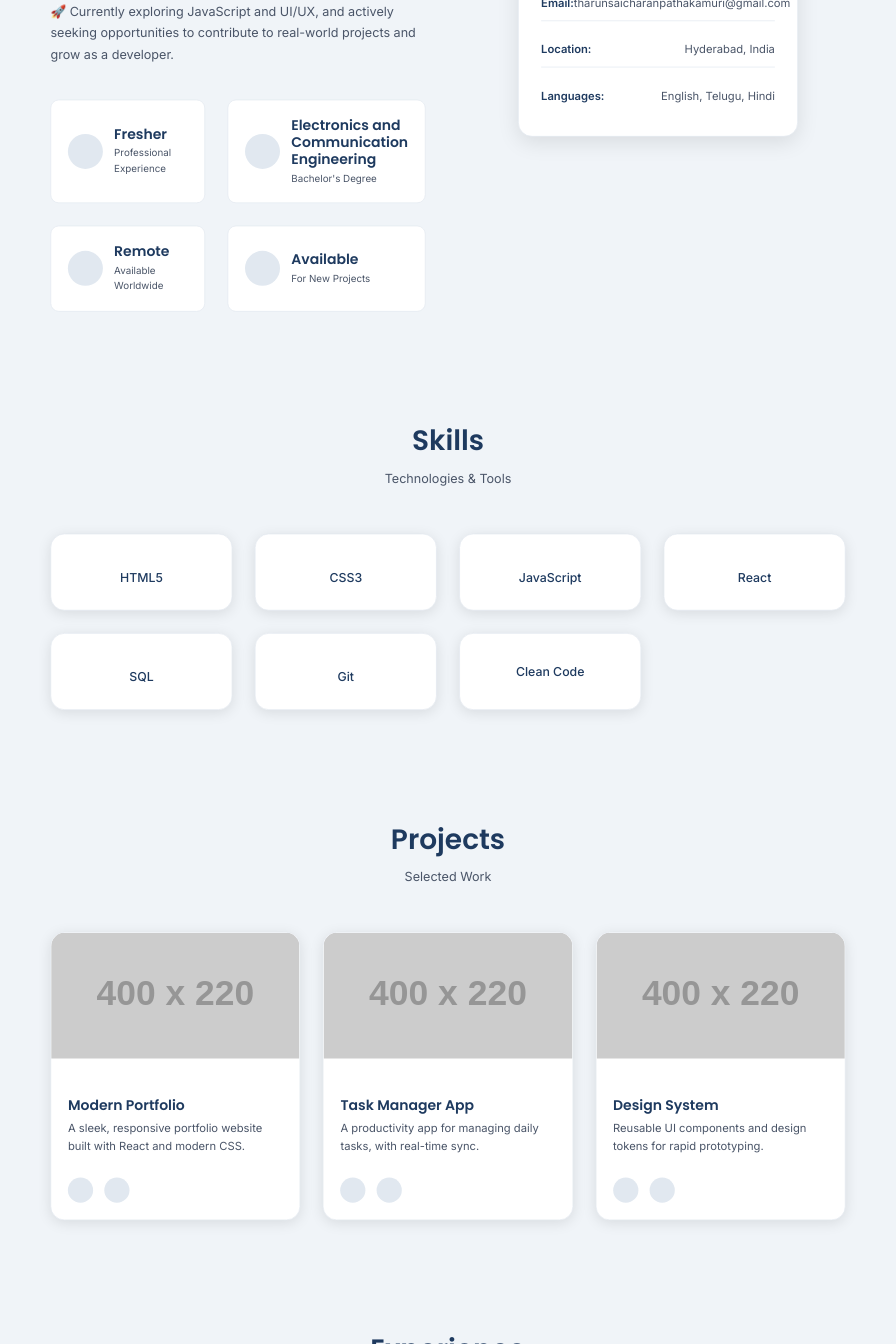
Repository: TharunPathakamuri/Portfolio
Page: index.html
The author's editor kept a copy of each file at every save. The page is drawn from the files as they stood at one save, then again after the next save.
The browser window is 1280 px wide. The pictures show the part of the page from y = 1156 to 3076 px (the page is 4852 px tall), at 70% of full size.

Above is the page before, as saved 2025-07-04 23:30:16.

### index.html
<!DOCTYPE html>
<html lang="en">
  <head>
    <meta charset="UTF-8" />
    <meta name="viewport" content="width=device-width, initial-scale=1.0" />
    <title>Tharun Pathakamuri - Portfolio</title>
    <meta
      name="description"
      content="Personal Portfolio - Modern Web Developer"
    />

    <!-- Google Fonts -->
    <link rel="preconnect" href="https://fonts.googleapis.com" />
    <link rel="preconnect" href="https://fonts.gstatic.com" crossorigin />
    <link
      href="https://fonts.googleapis.com/css2?family=Inter:wght@300;400;500;600;700&family=Poppins:wght@300;400;500;600;700&display=swap"
      rel="stylesheet"
    />

    <!-- Lucide Icons -->
    <link
      rel="stylesheet"
      href="https://cdn.jsdelivr.net/npm/lucide-static@0.292.0/font/lucide.css"
    />

    <!-- Custom CSS -->
    <link rel="stylesheet" href="styles.css" />
    <link rel="shortcut icon" href="favicon.ico" type="image/x-icon" />
  </head>
  <body>
    <!-- Navigation -->
    <nav class="navbar" id="navbar">
      <div class="container">
        <div class="nav-content">
          <div class="nav-logo">
            <h3>Portfolio</h3>
          </div>

          <ul class="nav-menu" id="nav-menu">
            <li><a href="#home" class="nav-link">Home</a></li>
            <li><a href="#about" class="nav-link">About</a></li>
            <li><a href="#skills" class="nav-link">Skills</a></li>
            <li><a href="#projects" class="nav-link">Projects</a></li>
            <li><a href="#experience" class="nav-link">Experience</a></li>
            <li><a href="#contact" class="nav-link">Contact</a></li>
          </ul>

          <div class="nav-actions">
            <button
              class="theme-toggle"
              id="theme-toggle"
              aria-label="Toggle dark mode"
            >
              <i class="lucide lucide-moon"></i>
            </button>

            <button
              class="mobile-menu-toggle"
              id="mobile-menu-toggle"
              aria-label="Toggle mobile menu"
            >
              <i class="lucide lucide-menu"></i>
            </button>
          </div>
        </div>
      </div>
    </nav>

    <!-- Hero Section -->
    <section id="home" class="hero">
      <div class="container">
        <div class="hero-content">
          <div class="hero-text">
            <div class="hero-greeting">
              <span class="wave">👋</span> Hello, I'm
            </div>

            <h1 class="hero-title">
              <span class="name">Tharun Sai Charan Pathakamuri</span>
              <span class="title">Junior Web Developer</span>
            </h1>

            <p class="hero-description">
              I create beautiful, functional, and user-centered digital
              experiences. Passionate about clean code, modern design, and
              innovative solutions.
            </p>

            <div class="hero-actions">
              <button
                class="btn btn-primary"
                onclick="scrollToSection('contact')"
              >
                <i class="lucide lucide-mail"></i>
                Get In Touch
              </button>

              <a
                href="THARUN_PATHAKAMUR_RESUME.pdf"
                class="btn btn-secondary"
                download
              >
                <i class="lucide lucide-download"></i>
                Download Resume
              </a>
            </div>

            <div class="hero-social">
              <a
                href="https://github.com/TharunPathakamuri"
                target="_blank"
                rel="noopener noreferrer"
                class="social-link"
              >
                <i class="lucide lucide-github"></i>
              </a>
              <a
                href="https://www.linkedin.com/in/tharun-pathakamuri/"
                target="_blank"
                rel="noopener noreferrer"
                class="social-link"
              >
                <i class="lucide lucide-linkedin"></i>
              </a>
            </div>
          </div>

          <div class="hero-visual">
            <div class="hero-image">
              <div class="image-placeholder">
                <div class="placeholder-text">JD</div>
              </div>
            </div>
          </div>
        </div>
      </div>
    </section>

    <!-- About Section -->
    <section id="about" class="about section">
      <div class="container">
        <div class="section-header">
          <h2 class="section-title">About Me</h2>
          <p class="section-subtitle">Get to know me better</p>
        </div>

        <div class="about-content">
          <div class="about-text">
            <div class="about-description">
              <p>
                🎓 I’m a B.Tech graduate in Electronics and Communication
                Engineering with a strong interest in web development and Python
                programming.
              </p>

              <p>
                💡 Skilled in HTML, CSS, SQL, and Git, I build
                responsive and user-friendly websites with clean code and
                creative UI.
              </p>

              <p>
               🚀 Currently exploring JavaScript and UI/UX, and
                actively seeking opportunities to contribute to real-world
                projects and grow as a developer.
              </p>
            </div>

            <div class="about-highlights">
              <div class="highlight-item">
                <div class="highlight-icon">
                  <i class="lucide lucide-briefcase"></i>
                </div>
                <div class="highlight-content">
                  <h4 class="highlight-title">Fresher</h4>
                  <p class="highlight-description">Professional Experience</p>
                </div>
              </div>

              <div class="highlight-item">
                <div class="highlight-icon">
                  <i class="lucide lucide-graduation-cap"></i>
                </div>
                <div class="highlight-content">
                  <h4 class="highlight-title">Electronics and Communication
                Engineering</h4>
                  <p class="highlight-description">Bachelor's Degree</p>
                </div>
              </div>

              <div class="highlight-item">
                <div class="highlight-icon">
                  <i class="lucide lucide-map-pin"></i>
                </div>
                <div class="highlight-content">
                  <h4 class="highlight-title">Remote</h4>
                  <p class="highlight-description">Available Worldwide</p>
                </div>
              </div>

              <div class="highlight-item">
                <div class="highlight-icon">
                  <i class="lucide lucide-calendar"></i>
                </div>
                <div class="highlight-content">
                  <h4 class="highlight-title">Available</h4>
                  <p class="highlight-description">For New Projects</p>
                </div>
              </div>
            </div>
          </div>

          <div class="about-visual">
            <div class="about-card">
              <div class="card-header">
                <h3>Personal Info</h3>
              </div>

              <div class="info-list">
                <div class="info-item">
                  <span class="info-label">Name:</span>
                  <span class="info-value">Tharun Sai Charan Pathakamuri</span>
                </div>

                <div class="info-item">
                  <span class="info-label">Email:</span>
                  <span class="info-value">tharunsaicharanpathakamuri@gmail.com</span>
                </div>

                <div class="info-item">
                  <span class="info-label">Location:</span>
                  <span class="info-value">Hyderabad, India</span>
                </div>

                <div class="info-item">
                  <span class="info-label">Languages:</span>
                  <span class="info-value">English, Telugu, Hindi</span>
                </div>
              </div>
            </div>
          </div>
        </div>
      </div>
    </section>

    <!-- Skills Section -->
    <section id="skills" class="skills section">
      <div class="container">
        <div class="section-header">
          <h2 class="section-title">Skills</h2>
          <p class="section-subtitle">Technologies & Tools</p>
        </div>

        <div class="skills-grid">
          <div class="skill-card">
            <div class="skill-icon">
              <i class="lucide lucide-code"></i>
            </div>
            <div class="skill-name">HTML5</div>
          </div>

          <div class="skill-card">
            <div class="skill-icon">
              <i class="lucide lucide-palette"></i>
            </div>
            <div class="skill-name">CSS3</div>
          </div>

          <div class="skill-card">
            <div class="skill-icon">
              <i class="lucide lucide-file-code"></i>
            </div>
            <div class="skill-name">JavaScript</div>
          </div>

          <div class="skill-card">
            <div class="skill-icon">
              <i class="lucide lucide-zap"></i>
            </div>
            <div class="skill-name">React</div>
          </div>


          <div class="skill-card">
            <div class="skill-icon">
              <i class="lucide lucide-database"></i>
            </div>
            <div class="skill-name">SQL</div>
          </div>

          <div class="skill-card">
            <div class="skill-icon">
              <i class="lucide lucide-git-branch"></i>
            </div>
            <div class="skill-name">Git</div>
          </div>



          <div class="skill-card">

            <div class="skill-name">Clean Code</div>
          </div>
        </div>
      </div>
    </section>

    <!-- Projects Section -->
    <section id="projects" class="projects section">
      <div class="container">
        <div class="section-header">
          <h2 class="section-title">Projects</h2>
          <p class="section-subtitle">Selected Work</p>
        </div>

        <div class="projects-grid">
          <div class="project-card">
            <div class="project-image">
              <img src="https://placehold.co/400x220" alt="Modern Portfolio" />
            </div>
            <div class="project-content">
              <h3 class="project-title">Modern Portfolio</h3>
              <p class="project-description">
                A sleek, responsive portfolio website built with React and
                modern CSS.
              </p>
              <div class="project-tech">
                <span class="tech-icon"><i class="lucide lucide-zap"></i></span>
                <span class="tech-icon"
                  ><i class="lucide lucide-image"></i
                ></span>
              </div>
              <div class="project-links">
                <a
                  href="https://github.com"
                  target="_blank"
                  rel="noopener noreferrer"
                  class="project-link"
                >
                  <i class="lucide lucide-github"></i>
                </a>
                <a
                  href="#"
                  target="_blank"
                  rel="noopener noreferrer"
                  class="project-link"
                >
                  <i class="lucide lucide-external-link"></i>
                </a>
              </div>
            </div>
          </div>

          <div class="project-card">
            <div class="project-image">
              <img src="https://placehold.co/400x220" alt="Task Manager App" />
            </div>
            <div class="project-content">
              <h3 class="project-title">Task Manager App</h3>
              <p class="project-description">
                A productivity app for managing daily tasks, with real-time
                sync.
              </p>
              <div class="project-tech">
                <span class="tech-icon"><i class="lucide lucide-zap"></i></span>
                <span class="tech-icon"
                  ><i class="lucide lucide-server"></i
                ></span>
                <span class="tech-icon"
                  ><i class="lucide lucide-database"></i
                ></span>
              </div>
              <div class="project-links">
                <a
                  href="https://github.com"
                  target="_blank"
                  rel="noopener noreferrer"
                  class="project-link"
                >
                  <i class="lucide lucide-github"></i>
                </a>
                <a
                  href="#"
                  target="_blank"
                  rel="noopener noreferrer"
                  class="project-link"
                >
                  <i class="lucide lucide-external-link"></i>
                </a>
              </div>
            </div>
          </div>

          <div class="project-card">
            <div class="project-image">
              <img src="https://placehold.co/400x220" alt="Design System" />
            </div>
            <div class="project-content">
              <h3 class="project-title">Design System</h3>
              <p class="project-description">
                Reusable UI components and design tokens for rapid prototyping.
              </p>
              <div class="project-tech">
                <span class="tech-icon"
                  ><i class="lucide lucide-image"></i
                ></span>
                <span class="tech-icon"><i class="lucide lucide-zap"></i></span>
              </div>
              <div class="project-links">
                <a
                  href="https://github.com"
                  target="_blank"
                  rel="noopener noreferrer"
                  class="project-link"
                >
                  <i class="lucide lucide-github"></i>
                </a>
                <a
                  href="#"
                  target="_blank"
                  rel="noopener noreferrer"
                  class="project-link"
                >
                  <i class="lucide lucide-external-link"></i>
                </a>
              </div>
            </div>
          </div>
        </div>
      </div>
    </section>

    <!-- Experience Section -->
    <section id="experience" class="experience section">
      <div class="container">
        <div class="section-header">
          <h2 class="section-title">Experience</h2>
          <p class="section-subtitle">Work & Roles</p>
        </div>

        <div class="experience-timeline">
          <div class="exp-card">
            <div class="exp-header">
              <i class="lucide lucide-briefcase exp-icon"></i>
              <div>
                <h3 class="exp-role">Frontend Developer</h3>
                <div class="exp-company">Tech Solutions</div>
              </div>
            </div>
            <div class="exp-meta">
              <span class="exp-location"
                ><i class="lucide lucide-map-pin"></i> Remote</span
              >
              <span class="exp-period"
                ><i class="lucide lucide-calendar"></i> 2022 - Present</span
              >
            </div>
            <div class="exp-description">
              Building modern, responsive UIs and collaborating with
              cross-functional teams to deliver high-quality web applications.
            </div>
          </div>

          <div class="exp-card">
            <div class="exp-header">
              <i class="lucide lucide-briefcase exp-icon"></i>
              <div>
                <h3 class="exp-role">Web Developer</h3>
                <div class="exp-company">Creative Studio</div>
              </div>
            </div>
            <div class="exp-meta">
              <span class="exp-location"
                ><i class="lucide lucide-map-pin"></i> San Francisco, CA</span
              >
              <span class="exp-period"
                ><i class="lucide lucide-calendar"></i> 2020 - 2022</span
              >
            </div>
            <div class="exp-description">
              Developed and maintained websites for clients, focusing on
              performance, accessibility, and clean code.
            </div>
          </div>

          <div class="exp-card">
            <div class="exp-header">
              <i class="lucide lucide-briefcase exp-icon"></i>
              <div>
                <h3 class="exp-role">Intern Developer</h3>
                <div class="exp-company">Startup Hub</div>
              </div>
            </div>
            <div class="exp-meta">
              <span class="exp-location"
                ><i class="lucide lucide-map-pin"></i> Remote</span
              >
              <span class="exp-period"
                ><i class="lucide lucide-calendar"></i> 2019 - 2020</span
              >
            </div>
            <div class="exp-description">
              Assisted in building MVPs, learning best practices, and
              contributing to open-source projects.
            </div>
          </div>
        </div>
      </div>
    </section>

    <!-- Contact Section -->
    <section id="contact" class="contact section">
      <div class="container">
        <div class="section-header">
          <h2 class="section-title">Contact</h2>
          <p class="section-subtitle">Let's connect</p>
        </div>

        <div class="contact-content">
          <div class="contact-info">
            <div class="contact-item">
              <i class="lucide lucide-mail"></i>
              <span>john@example.com</span>
            </div>
            <div class="contact-item">
              <i class="lucide lucide-map-pin"></i>
              <span>San Francisco, CA</span>
            </div>
            <div class="contact-social">
              <a
                href="https://github.com"
                target="_blank"
                rel="noopener noreferrer"
                class="social-link"
              >
                <i class="lucide lucide-github"></i>
              </a>
              <a
                href="https://linkedin.com"
                target="_blank"
                rel="noopener noreferrer"
                class="social-link"
              >
                <i class="lucide lucide-linkedin"></i>
              </a>
            </div>
          </div>

          <form class="contact-form" id="contact-form">
            <div class="form-group">
              <label for="name">Name</label>
              <input id="name" type="text" required />
              <span class="form-error" id="name-error"></span>
            </div>

            <div class="form-group">
              <label for="email">Email</label>
              <input id="email" type="email" required />
              <span class="form-error" id="email-error"></span>
            </div>

            <div class="form-group">
              <label for="message">Message</label>
              <textarea id="message" rows="4" required></textarea>
              <span class="form-error" id="message-error"></span>
            </div>

            <button type="submit" class="btn btn-primary">Send Message</button>
            <div class="form-success" id="form-success"></div>
          </form>
        </div>
      </div>
    </section>

    <!-- Footer -->
    <footer class="footer">
      <div class="container">
        <div class="footer-content">
          <span
            >&copy; <span id="current-year"></span> John Doe. All rights
            reserved.</span
          >
          <button
            class="footer-top"
            onclick="scrollToTop()"
            aria-label="Back to top"
          >
            <i class="lucide lucide-arrow-up"></i>
          </button>
        </div>
      </div>
    </footer>

    <!-- Custom JavaScript -->
    <script src="script.js"></script>
  </body>
</html>

Loaded but not shown: script.js (335 lines, source omitted); styles.css (1099 lines, source omitted)

After the next save:
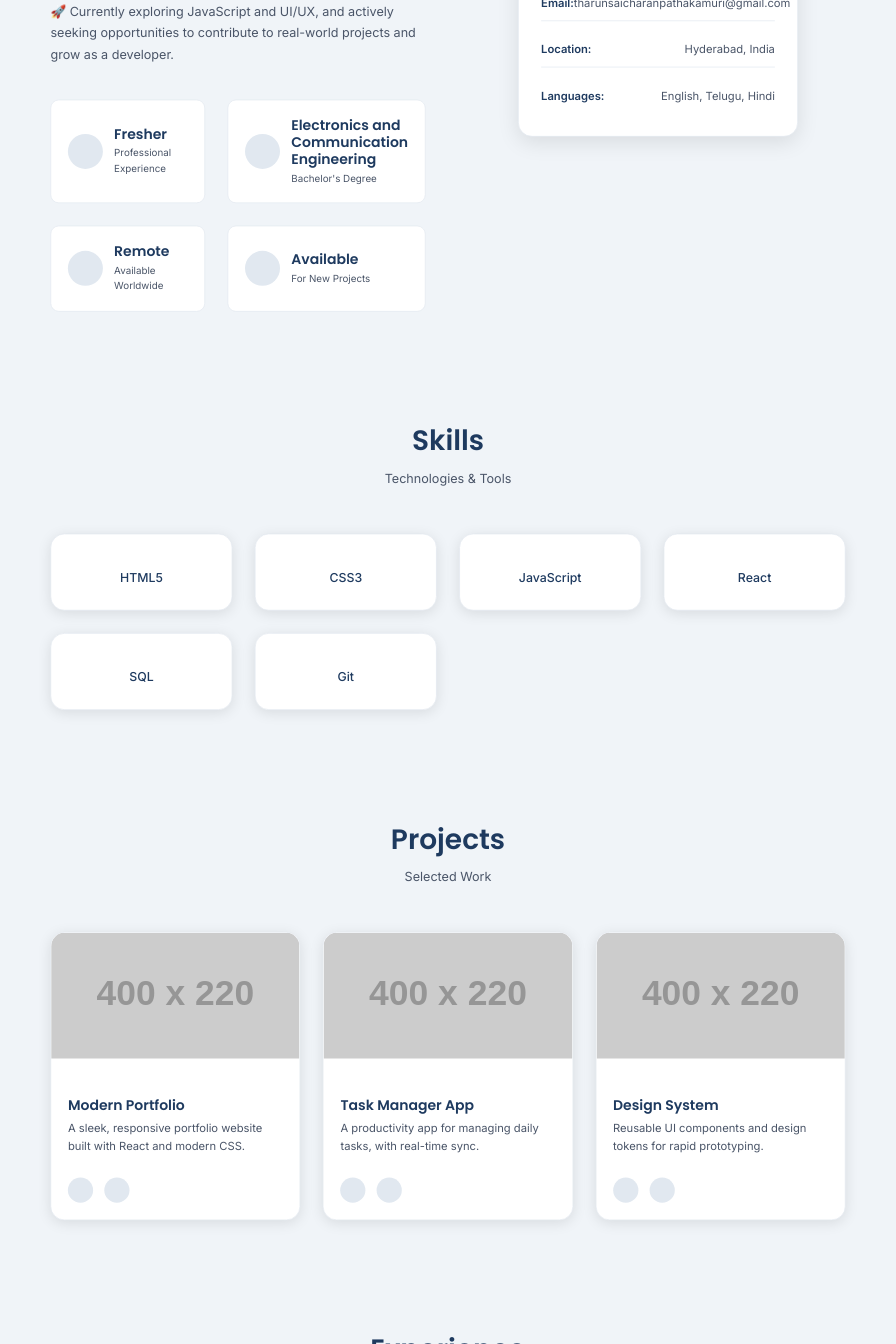
Saved 10 s later.
--- a/index.html
+++ b/index.html
@@ -295,13 +295,6 @@
             <div class="skill-name">Git</div>
           </div>
 
-
-
-          <div class="skill-card">
-
-            <div class="skill-name">Clean Code</div>
-          </div>
-        </div>
       </div>
     </section>
 
